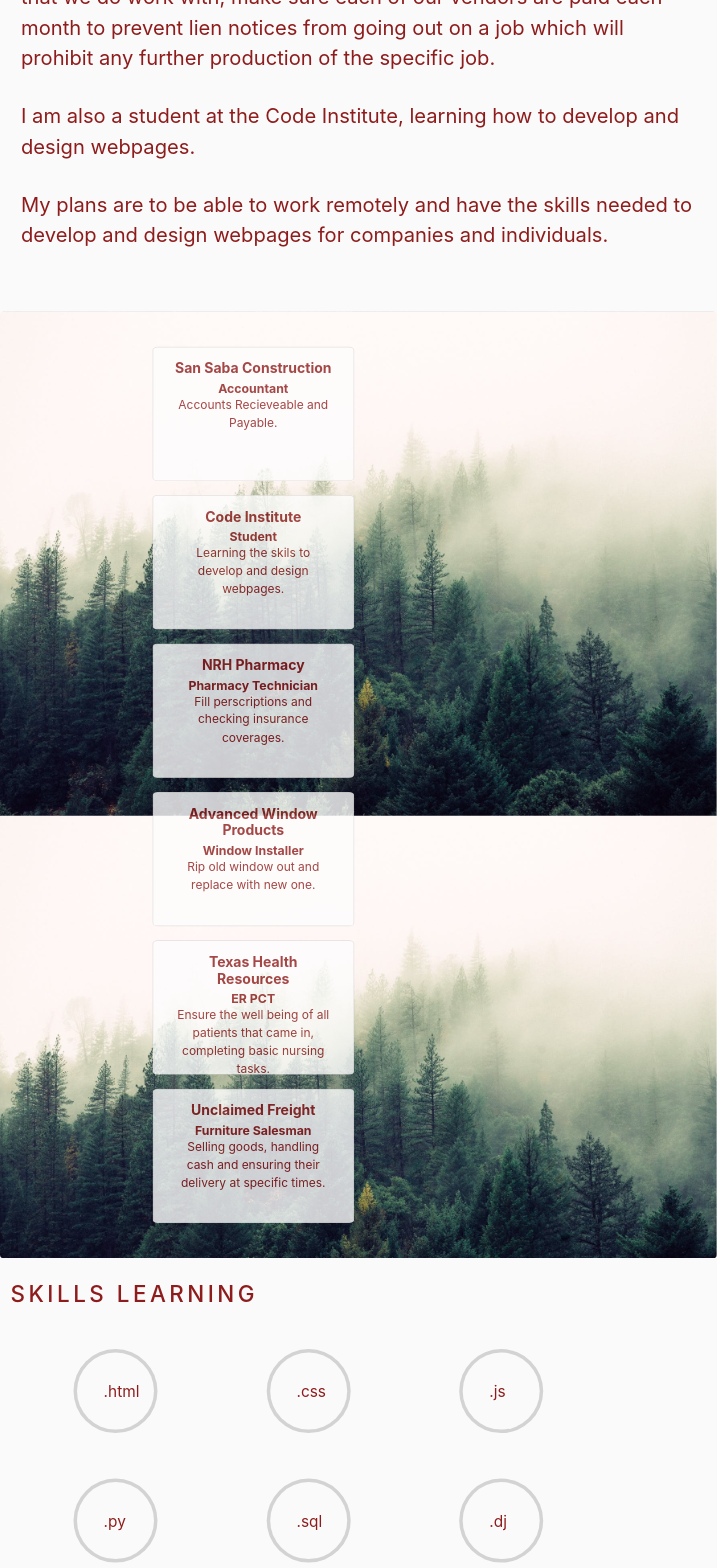
Repository: sshields9591/user-centric-project
Page: index.html
The author's editor kept a record of every edit. The page is drawn from the files as they stood at one moment, then again after the next edit.
The browser window is 1024 px wide. The pictures show the part of the page from y = 986 to 3226 px (the page is 4135 px tall), at 70% of full size.
Backgrounds fixed to the window are drawn as part of the page. Some web libraries are served in a nearby version.

Above is the page before.

After the next edit:
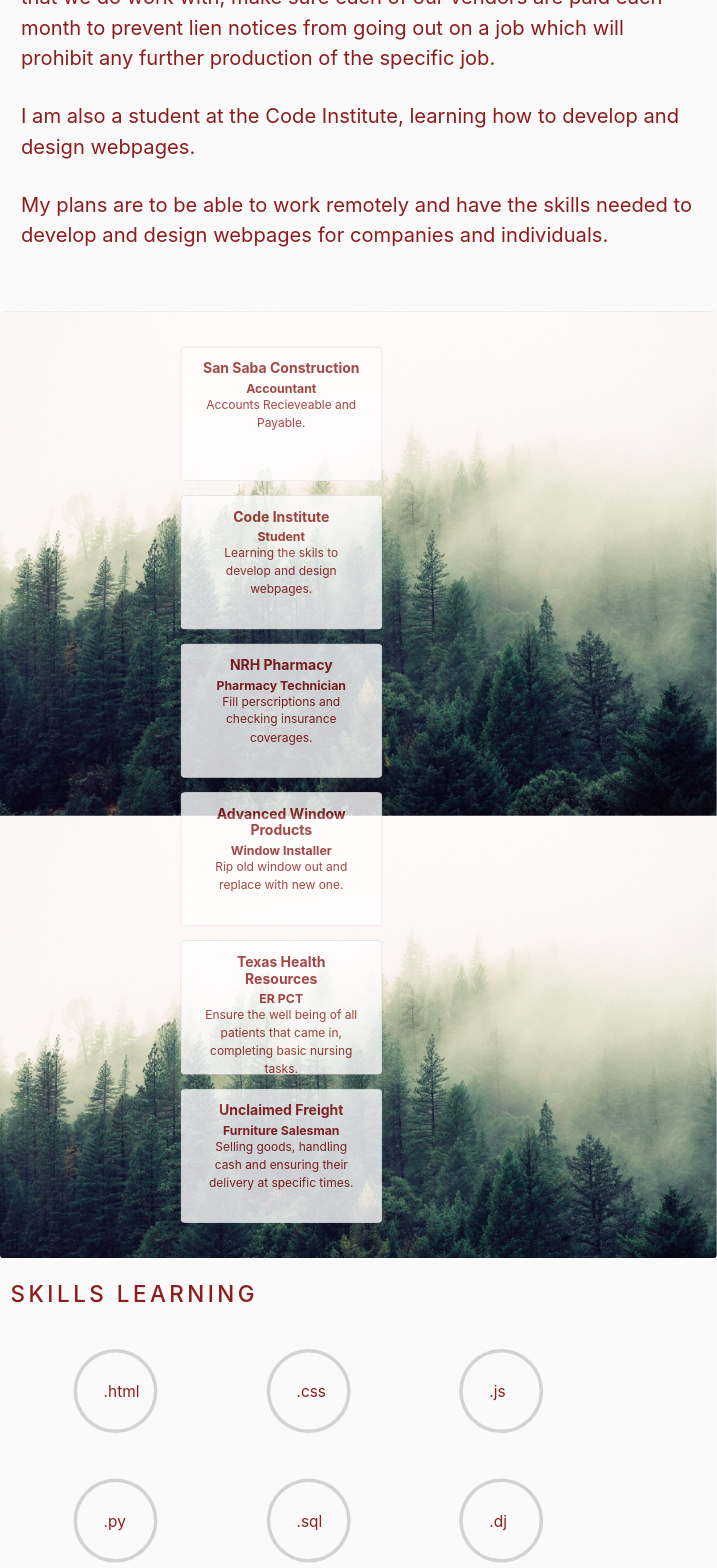
The edit:
--- a/style.css
+++ b/style.css
@@ -348,7 +348,7 @@
     }
 
     .project-cards {
-        margin-left: 60px;
+        margin-left: 100px;
     }
 
     /*--SKILLS--*/
